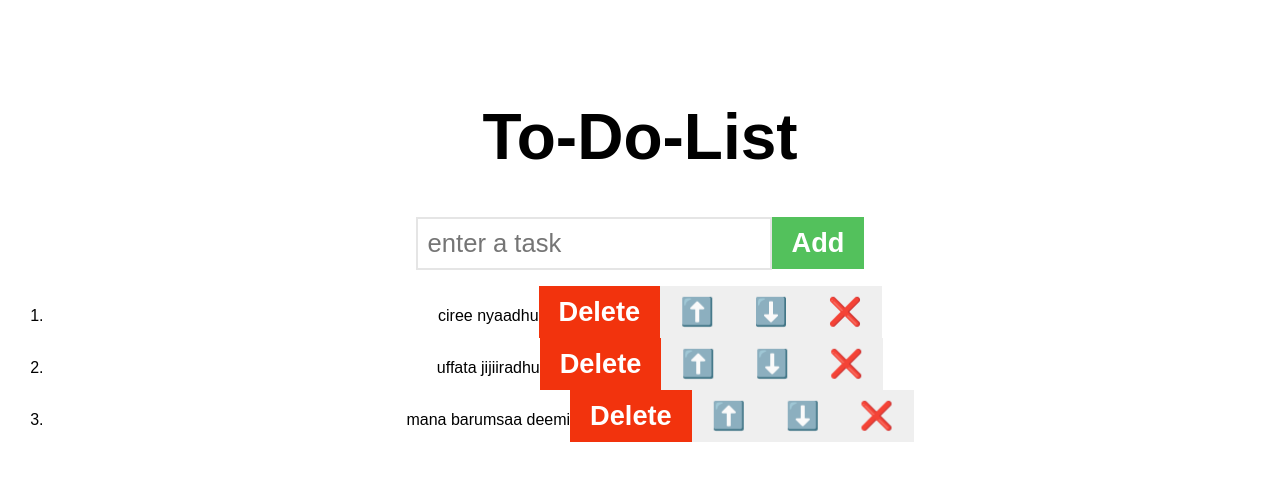
Repository: wakoya-tech/to-do-list-app
Page: /
These files come from the project's save history. The page is drawn as it stood at one moment and after the next save; the edit follows.
The browser window is 1280 px wide. The pictures show the whole page.
The project was rebuilt for these pictures with package versions that can differ from the ones it lists, and the page was loaded fresh each time. Also part of the build but not shown: vite.config.js, src/App.css.

Above is the page before, as saved 2025-10-16 16:48:57.

After the next save:
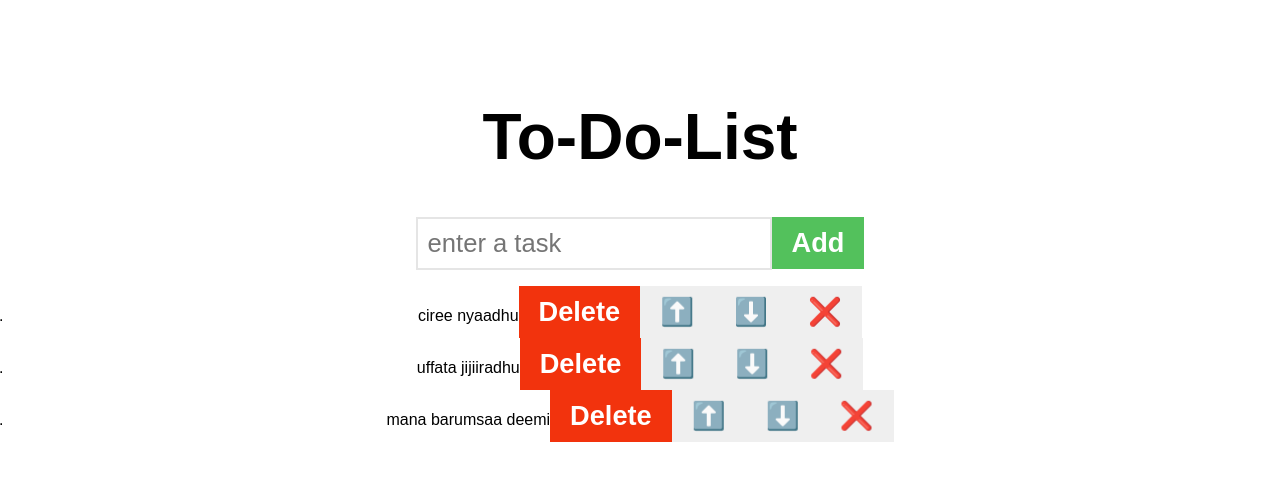
Saved 30 s later.
--- a/src/index.css
+++ b/src/index.css
@@ -34,3 +34,6 @@ input[type="text"]{
   padding: 10px;
   border: 2px solid hsla(0,0%,80%,0.5);
 }
+ol{
+  padding: 0;
+}
